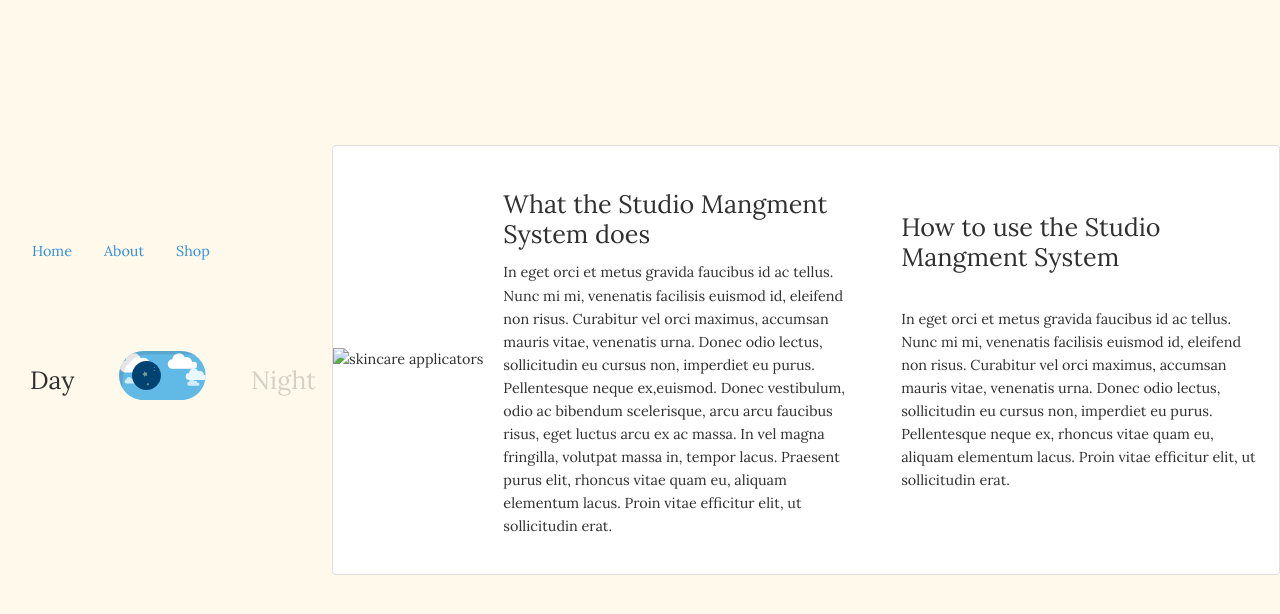
Repository: littae2/simplicite
Page: http://localhost/shop
These files come from the project's save history. The page is drawn as it stood at one moment and after the next save; the edit follows.
The browser window is 1280 px wide. The pictures show the whole page.
Some web libraries are served in a nearby version. The page is served by the project's Laravel application, run on PHP 8.4 with Laravel 8. Other server files are loaded and not shown.

Above is the page before, as saved 2021-08-13 15:29:34.
Console error: ReferenceError: gsap is not defined

### Project/routes/web.php
<?php

use Illuminate\Support\Facades\Route;

/*
|--------------------------------------------------------------------------
| Web Routes
|--------------------------------------------------------------------------
|
| Here is where you can register web routes for your application. These
| routes are loaded by the RouteServiceProvider within a group which
| contains the "web" middleware group. Now create something great!
|
*/

Route::get('/', function () {
    return view('home.index');
});

Route::get('/about', function () {
    return view('about.index');
});
Route::get('/shop', function () {
    return view('shop.index');
});

### Project/resources/views/shop/index.blade.php
@extends('layouts.layout')
@section('title', 'Welcome')
@section('content')
<div class="pageContent">

<!-- @if(Auth::check())
<div> you are logged in </div>
@else
<div> please login</div>
@endif -->

  <div class="card d-flex flex-row justify-content-between align-items-center w-90 home">
  <img src="{{url('img/product2.jpg')}}" alt="skincare applicators" class="headerImg">
    <div class="card-body w-25 ">

      <br>
      <h3 class="card-title">What the Studio Mangment System does</h3>

      <p>In eget orci et metus gravida faucibus id ac tellus. Nunc mi mi, venenatis facilisis euismod id, eleifend non risus.
        Curabitur vel orci maximus, accumsan mauris vitae, venenatis urna. Donec odio lectus, sollicitudin eu cursus non, imperdiet eu purus.
        Pellentesque neque ex,euismod. Donec vestibulum, odio ac bibendum scelerisque, arcu arcu faucibus risus, eget luctus arcu ex ac massa. In vel magna fringilla, volutpat massa in, tempor lacus.
        Praesent purus elit, rhoncus vitae quam eu, aliquam elementum lacus. Proin vitae efficitur elit, ut sollicitudin erat.</p>

    </div>
    <div class=" card-body w-25">

      <h3 class="card-title">How to use the Studio Mangment System</h3>
      <br>
      <p>In eget orci et metus gravida faucibus id ac tellus. Nunc mi mi, venenatis facilisis euismod id, eleifend non risus.
        Curabitur vel orci maximus, accumsan mauris vitae, venenatis urna. Donec odio lectus, sollicitudin eu cursus non, imperdiet eu purus.
        Pellentesque neque ex, rhoncus vitae quam eu, aliquam elementum lacus. Proin vitae efficitur elit, ut sollicitudin erat.</p>

    </div>

  </div>
</div>
@endsection

### Project/resources/views/layouts/layout.blade.php
<!--This is the Main layout page-->
<!DOCTYPE html>
<html lang="en">
<head>
    <meta charset="UTF-8">
        <!-- CSRF Token -->
    <meta name="csrf-token" content="mlxnBRgEB1AbPWkhP1fOm5sUhDzONcfLGmqMOlHY">
    <meta name="viewport" content="width=device-width, initial-scale=1.0">

    <script src="https://kit.fontawesome.com/b07d89ef49.js" crossorigin="anonymous"></script>

    <!--  JQUEURY-->
    <script src="https://code.jquery.com/jquery-3.1.0.min.js"></script>

    <!--  BS -->
    <link rel="stylesheet" href="{{asset('css/simplicite.css')}}">
    <link rel="stylesheet" href="{{asset('css/app.css')}}">

    <!--JS -->




</head>
<body>

  @include('layouts.navbar')

<!-- Fonts -->
<link href="https://fonts.googleapis.com/css?family=Nunito:200,600" rel="stylesheet">

@yield('content')
</body>
</html>

### Project/resources/views/layouts/navbar.blade.php
<!-- <div class= "nav">
      <a class="nav-link" href="{{url('/welcome')}}">Home</a>
      <a class="nav-link" href="{{url('/view-cohorts')}}">Cohort</a>
      <a class="nav-link" href="{{url('/students')}}">Students</a>
      <a class="nav-link" href="{{url('/upload')}}">Upload</a>
      <a class="nav-link" href="{{url('/enrolment')}}">Enrollment</a>
</div> -->
<script src="https://code.jquery.com/jquery-3.2.1.slim.min.js" integrity="sha384-KJ3o2DKtIkvYIK3UENzmM7KCkRr/rE9/Qpg6aAZGJwFDMVNA/GpGFF93hXpG5KkN" crossorigin="anonymous"></script>
<script src="https://cdnjs.cloudflare.com/ajax/libs/popper.js/1.12.9/umd/popper.min.js" integrity="sha384-ApNbgh9B+Y1QKtv3Rn7W3mgPxhU9K/ScQsAP7hUibX39j7fakFPskvXusvfa0b4Q" crossorigin="anonymous"></script>
<script src="https://maxcdn.bootstrapcdn.com/bootstrap/4.0.0/js/bootstrap.min.js" integrity="sha384-JZR6Spejh4U02d8jOt6vLEHfe/JQGiRRSQQxSfFWpi1MquVdAyjUar5+76PVCmYl" crossorigin="anonymous"></script>


<div class="nav">
  <div class="col-md-12 school-options-dropdown text-center nav-link">

    <div class="nav">
      <a class="nav-link" href="{{url('/')}}">Home</a>
      <a class="nav-link" href="{{url('/about')}}">About</a>
      <a class="nav-link" href="{{url('/shop')}}">Shop</a>
<a>@include('inc.daynight')</a>


    </div>
  </div>
</div>
</div>

### Project/resources/views/inc/daynight.blade.php

<div class="layout">
    <div class="day-label">Day</div>

    <label class="container">
        <input id="input" type="checkbox" checked="checked">
        <span class="checkmark">


            <svg id="toggle" xmlns="http://www.w3.org/2000/svg" viewBox="0 0 60 34" width="60" height="34">
                <defs>


                    <clipPath id="container">
                        <rect width="60" height="34" rx="17" />
                    </clipPath>
                    <g id="day">
                        <rect x="0" width="60" height="34" style="fill: #61b9e5" />
                        <g id="day-content">
                            <g class="clouds-small">
                                <path d="M13.35,22.45a1,1,0,0,0-.44.1A1.62,1.62,0,0,0,11.29,21a1.67,1.67,0,0,0-.59.11,1.84,1.84,0,0,0-3.55.61h0a1.38,1.38,0,0,0,0,2.75h6.21a1,1,0,1,0,0-2Z" transform="translate(-2 -2)" style="fill: #d0edff" />
                                <path d="M27.38,23.72a1.05,1.05,0,0,0-.44.1,1.63,1.63,0,0,0-2.21-1.41,1.84,1.84,0,0,0-3.56.61h0a1.38,1.38,0,1,0,0,2.75h6.21a1,1,0,0,0,0-2.05Z" transform="translate(-2 -2)" style="fill: #d0edff" />
                                <path d="M56.7,24a1,1,0,0,0-.44.1,1.63,1.63,0,0,0-2.21-1.42,1.85,1.85,0,0,0-3.56.61h0a1.38,1.38,0,0,0,0,2.75H56.7a1,1,0,0,0,0-2Z" transform="translate(-2 -2)" style="fill: #d0edff" />
                                <path d="M84.35,22.45a1,1,0,0,0-.44.1A1.62,1.62,0,0,0,82.29,21a1.67,1.67,0,0,0-.59.11,1.84,1.84,0,0,0-3.55.61h0a1.38,1.38,0,0,0,0,2.75h6.21a1,1,0,1,0,0-2Z" transform="translate(-2 -2)" style="fill: #d0edff" />
                                <path d="M98.38,23.72a1.05,1.05,0,0,0-.44.1,1.63,1.63,0,0,0-2.21-1.41,1.84,1.84,0,0,0-3.56.61h0a1.38,1.38,0,1,0,0,2.75h6.21a1,1,0,0,0,0-2.05Z" transform="translate(-2 -2)" style="fill: #d0edff" />
                                <path d="M127.7,24a1,1,0,0,0-.44.1,1.63,1.63,0,0,0-2.21-1.42,1.85,1.85,0,0,0-3.56.61h0a1.38,1.38,0,0,0,0,2.75h6.21a1,1,0,0,0,0-2Z" transform="translate(-2 -2)" style="fill: #d0edff" />
                            </g>
                            <g class="clouds-medium">
                                <path d="M61.44,18.4a1.85,1.85,0,0,0-.77.18,2.85,2.85,0,0,0-2.85-2.68,3,3,0,0,0-1,.19,3.25,3.25,0,0,0-6.26,1.07h0a2.42,2.42,0,0,0,0,4.84H61.44a1.8,1.8,0,1,0,0-3.6Z" transform="translate(-2 -2)" style="fill: #e9f8ff" />
                                <path d="M26,17.07a1.84,1.84,0,0,0-.77.17,2.86,2.86,0,0,0-2.85-2.68,2.75,2.75,0,0,0-1,.2,3.24,3.24,0,0,0-6.26,1.07h0a2.42,2.42,0,1,0,0,4.84H26a1.8,1.8,0,0,0,0-3.6Z" transform="translate(-2 -2)" style="fill: #e9f8ff" />
                                <path d="M126.44,18.4a1.85,1.85,0,0,0-.77.18,2.85,2.85,0,0,0-2.85-2.68,3,3,0,0,0-1,.19,3.25,3.25,0,0,0-6.26,1.07h0a2.42,2.42,0,0,0,0,4.84h10.92a1.8,1.8,0,1,0,0-3.6Z" transform="translate(-2 -2)" style="fill: #e9f8ff" />
                                <path d="M91,17.07a1.84,1.84,0,0,0-.77.17,2.86,2.86,0,0,0-2.85-2.68,2.75,2.75,0,0,0-1,.2,3.24,3.24,0,0,0-6.26,1.07h0a2.42,2.42,0,0,0,0,4.84H91a1.8,1.8,0,0,0,0-3.6Z" transform="translate(-2 -2)" style="fill: #e9f8ff" />
                            </g>
                            <g class="clouds-big">
                                <path d="M24.82,10.83a3.09,3.09,0,0,0-1.29.29A4.78,4.78,0,0,0,17,7,5.43,5.43,0,0,0,6.54,8.76h0a4,4,0,1,0,0,8.09H24.82a3,3,0,0,0,0-6Z" transform="translate(-2 -2)" style="fill: #fff" />
                                <path d="M53.6,9.45a2.37,2.37,0,0,0-1,.24,3.86,3.86,0,0,0-3.84-3.61,4.09,4.09,0,0,0-1.4.26,4.36,4.36,0,0,0-8.41,1.45h0a3.25,3.25,0,0,0,0,6.5H53.6a2.42,2.42,0,1,0,0-4.84Z" transform="translate(-2 -2)" style="fill: #fff" />
                                <path d="M98.72,10.83a3.09,3.09,0,0,0-1.29.29A4.78,4.78,0,0,0,90.91,7a5.43,5.43,0,0,0-10.47,1.8h0a4,4,0,1,0,0,8.09H98.72a3,3,0,1,0,0-6Z" transform="translate(-2 -2)" style="fill: #fff" />
                                <path d="M127.5,9.45a2.41,2.41,0,0,0-1,.24,3.85,3.85,0,0,0-3.84-3.61,4.09,4.09,0,0,0-1.4.26,4.36,4.36,0,0,0-8.41,1.45h0a3.25,3.25,0,0,0,0,6.5h14.7a2.42,2.42,0,0,0,0-4.84Z" transform="translate(-2 -2)" style="fill: #fff" />
                            </g>

                        </g>
                    </g>
                    <g id="night">
                        <rect width="60" height="34" style="fill: #004373" />

                        <g id="night-content">
                            <polygon class="star" points="46 4.89 46.62 6.14 48.01 6.35 47.01 7.33 47.24 8.71 46 8.06 44.76 8.71 44.99 7.33 43.99 6.35 45.38 6.14 46 4.89" style="fill: #fff5a6" />
                            <polygon class="star" points="58.58 21.93 59.46 23.02 60.86 22.91 60.1 24.09 60.63 25.39 59.28 25.02 58.21 25.94 58.14 24.54 56.94 23.8 58.25 23.3 58.58 21.93" style="fill: #fff5a6" />
                            <polygon class="star" points="40.71 12.02 40.82 13.42 42.03 14.13 40.74 14.66 40.44 16.04 39.53 14.97 38.13 15.11 38.87 13.91 38.3 12.63 39.67 12.96 40.71 12.02" style="fill: #fff5a6" />
                            <polygon class="star" points="5 16.89 5.62 18.14 7.01 18.35 6 19.33 6.24 20.71 5 20.06 3.76 20.71 4 19.33 2.99 18.35 4.38 18.14 5 16.89" style="fill: #fff5a6" />
                            <polygon class="star" points="60.57 6.97 60.79 8.36 62.05 8.97 60.8 9.6 60.61 10.99 59.62 10 58.24 10.25 58.88 9 58.22 7.76 59.6 7.99 60.57 6.97" style="fill: #fff5a6" />
                            <polygon class="star" points="30.91 26.12 30.86 27.52 31.98 28.36 30.63 28.74 30.18 30.07 29.4 28.91 28 28.89 28.86 27.78 28.45 26.44 29.77 26.93 30.91 26.12" style="fill: #fff5a6" />
                            <polygon class="star" points="17.52 13.95 18.44 15.01 19.83 14.86 19.11 16.06 19.68 17.34 18.32 17.02 17.28 17.96 17.16 16.56 15.94 15.87 17.23 15.32 17.52 13.95" style="fill: #fff5a6" />
                            <polygon class="star" points="60.53 16.01 61.11 16.41 61.76 16.15 61.56 16.83 62 17.37 61.3 17.39 60.92 17.98 60.69 17.32 60.01 17.14 60.56 16.71 60.53 16.01" style="fill: #fff5a6" />
                            <polygon class="star" points="41.99 21.89 42.31 22.52 43 22.62 42.5 23.11 42.62 23.8 41.99 23.47 41.37 23.8 41.49 23.11 40.99 22.62 41.69 22.52 41.99 21.89" style="fill: #fff5a6" />
                            <polygon class="star" points="63.47 26.02 63.43 26.72 63.98 27.15 63.3 27.32 63.05 27.98 62.68 27.39 61.98 27.36 62.43 26.82 62.24 26.14 62.89 26.4 63.47 26.02" style="fill: #fff5a6" />
                            <polygon class="star" points="36.99 9.89 37.31 10.52 38 10.62 37.5 11.11 37.62 11.8 36.99 11.47 36.37 11.8 36.49 11.11 35.99 10.62 36.69 10.52 36.99 9.89" style="fill: #fff5a6" />
                            <polygon class="star" points="28.5 4.89 28.65 5.2 29 5.25 28.75 5.5 28.81 5.85 28.5 5.68 28.18 5.85 28.24 5.5 27.99 5.25 28.34 5.2 28.5 4.89" style="fill: #fff5a6" />
                            <polygon class="star" points="28.5 12.89 28.65 13.2 29 13.25 28.75 13.5 28.81 13.85 28.5 13.68 28.18 13.85 28.24 13.5 27.99 13.25 28.34 13.2 28.5 12.89" style="fill: #fff5a6" />
                            <polygon class="star" points="47.75 22.96 47.72 23.31 47.98 23.54 47.64 23.61 47.5 23.94 47.32 23.63 46.97 23.6 47.21 23.34 47.13 23 47.45 23.14 47.75 22.96" style="fill: #fff5a6" />
                            <polygon class="star" points="51.75 31.96 51.72 32.31 51.98 32.54 51.64 32.62 51.5 32.94 51.32 32.63 50.97 32.6 51.21 32.34 51.13 32 51.45 32.15 51.75 31.96" style="fill: #fff5a6" />
                            <polygon class="star" points="44.69 29.93 44.7 30.28 45 30.47 44.67 30.59 44.58 30.93 44.37 30.66 44.01 30.68 44.21 30.38 44.08 30.06 44.42 30.15 44.69 29.93" style="fill: #fff5a6" />
                            <polygon class="star" points="24.32 10.92 24.58 11.16 24.92 11.07 24.78 11.4 24.96 11.7 24.61 11.66 24.39 11.93 24.31 11.58 23.98 11.45 24.29 11.27 24.32 10.92" style="fill: #fff5a6" />
                            <polygon class="star" points="24.94 13.18 24.71 13.45 24.79 13.79 24.47 13.65 24.17 13.84 24.2 13.49 23.93 13.26 24.27 13.19 24.41 12.86 24.59 13.16 24.94 13.18" style="fill: #fff5a6" />
                            <polygon class="star" points="32 19.89 32.31 20.52 33 20.62 32.5 21.11 32.62 21.8 32 21.47 31.37 21.8 31.49 21.11 30.99 20.62 31.68 20.52 32 19.89" style="fill: #fff5a6" />
                            <polygon class="star" points="19.61 21.97 20.15 22.42 20.82 22.23 20.56 22.88 20.95 23.46 20.25 23.42 19.82 23.97 19.64 23.29 18.98 23.04 19.58 22.67 19.61 21.97" style="fill: #fff5a6" />
                            <polygon class="star" points="9.51 8.04 9.43 8.74 9.96 9.2 9.28 9.34 9 9.98 8.65 9.37 7.96 9.31 8.43 8.79 8.27 8.11 8.91 8.4 9.51 8.04" style="fill: #fff5a6" />
                        </g>
                    </g>
                    <clipPath id="switch">
                        <circle id="circle" cx="19" cy="17" r="10" />
                    </clipPath>
                </defs>

                <g clip-path="url(#container)">
                    <use id="back" href="#day" />
                    <g clip-path="url(#switch)">
                        <use id="front" href="#night" />
                    </g>
                    <rect class="inner-shadow" width="70" height="44" rx="20" />
                </g>

                <rect width="60" height="44" rx="17" opacity="0" />

            </svg>
        </span>
    </label>
    <div class="night-label">Night</div>
</div>
<script>
    console.clear();

    let duration = 0.4;
    let isDay = true;


    let back = document.getElementById('back');
    let front = document.getElementById('front');

    let switchTime = () => {

        back.setAttribute('href', '#' + (isDay ? 'day' : 'night'));
        front.setAttribute('href', '#' + (isDay ? 'night' : 'day'));
    }
    let scale = 30;
    let toNightAnimation = gsap.timeline();

    toNightAnimation
        .to('#night-content', {
            duration: duration * 0.5,
            opacity: 1,
            ease: 'power2.inOut',
            x: 0
        })
        .to('#circle', {
            duration: duration,
            ease: 'power4.in',
            scaleX: scale,
            scaleY: scale,
            x: 1,
            transformOrigin: '100% 50%',
        }, 0)
        .to('.day-label', {
            duration: duration * 2,
            ease: 'power2.inOut',
            opacity: 0.2
        }, 0)
        .to('.night-label', {
            duration: duration * 2,
            ease: 'power2.inOut',
            opacity: 1
        }, 0)
        .set('#circle', {
            // transformOrigin: '0% 50%',
            scaleX: -scale,
            // x: 8.5,
            onUpdate: () => switchTime()
        }, duration).to('#circle', {
            duration: duration,
            ease: 'power4.out',
            scaleX: -1,
            scaleY: 1,
            x: 2,
        }, duration)
        .to('#day-content', {
            duration: duration * 0.5,
            opacity: 0.5
        }, duration * 1.5)
        .to('body', {
            backgroundColor: '#b0b0b9',
            color: 'black',
            duration: duration * 2
        }, 0)

    let stars = Array.from(document.getElementsByClassName('star'));
    stars.map(star => gsap.to(star, {
        duration: 'random(0.4, 1.5)',
        repeat: -1,
        yoyo: true,
        opacity: 'random(0.2, 0.5)'
    }))
    gsap.to('.clouds-big', {
        duration: 15,
        repeat: -1,
        x: -74,
        ease: 'linear'
    })
    gsap.to('.clouds-medium', {
        duration: 20,
        repeat: -1,
        x: -65,
        ease: 'linear'
    })
    gsap.to('.clouds-small', {
        duration: 25,
        repeat: -1,
        x: -71,
        ease: 'linear'
    })

    let switchToggle = document.getElementById('input');
    switchToggle.addEventListener('change', () => toggle())

    let toggle = () => {
        isDay = switchToggle.checked == true;
        if (isDay) {
            toNightAnimation.reverse();
        } else {
            toNightAnimation.play();
        }
    }



    if (CodePen.isThumbnail) toggle();

    toNightAnimation.reverse();
    toNightAnimation.pause();
</script>
<style>
    @import url('https://fonts.googleapis.com/css?family=Lora&display=swap');

    body,
    html {
        margin: 0;
        padding: 0;
        width: 100%;
        height: 100%;
        overflow: hidden;
        font-family: 'Lora', serif;
        color: #303030;
    }

    .night-label {
        opacity: 0.2;
    }

    body {
        display: flex;
        align-items: center;
        justify-content: center;
        background-color: #FEF9EA;
    }

    .layout {
        width: 70vw;
        max-width: 300px;
        min-width: 250px;
        height: 30vh;
        display: grid;
        grid-template-columns: 1fr 2fr 1fr;
        justify-content: center;
        align-items: center;
        gap: 30px;
        font-size: 25px;
    }

    .layout:nth-child(1) {
        text-align: right;
    }

    svg {
        width: 100%;
        height: 100%;
        cursor: pointer;
    }

    #night-content {
        opacity: 0.5;
    }

    .inner-shadow {
        stroke-opacity: 0.1;
        stroke-width: 5;
        stroke: black;
        fill: none;
    }

    .container input {
        position: absolute;
        opacity: 0;
        cursor: pointer;
        height: 0;
        width: 0;
    }
</style>

### Project/public/css/simplicite.css

@keyframes example {
    from {opacity: 100%;}
    to {opacity:0%;}
  }

.headerImg {
    width: -moz-available;
    background-position-y: 80%;
    display: flex;
    background-size: cover; /* or contain depending on what you want */
    background-repeat: no-repeat;
    text-align: center;
    margin: auto;
    padding: 0;
}
.headerImg:scroll{
    animation-name: example;
    animation-duration: 4s;
}

Loaded but not shown: Project/public/css/app.css (library)

After the next save:
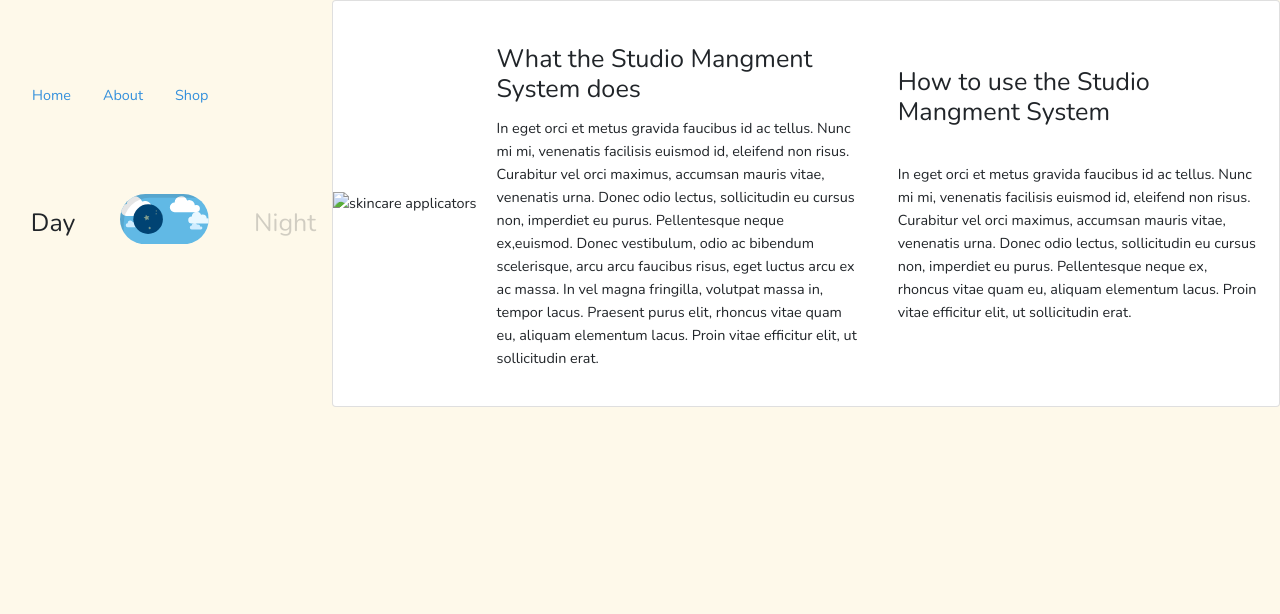
Saved 42 s later.
--- a/Project/resources/views/inc/daynight.blade.php
+++ b/Project/resources/views/inc/daynight.blade.php
@@ -200,16 +200,6 @@
 <style>
     @import url('https://fonts.googleapis.com/css?family=Lora&display=swap');
 
-    body,
-    html {
-        margin: 0;
-        padding: 0;
-        width: 100%;
-        height: 100%;
-        overflow: hidden;
-        font-family: 'Lora', serif;
-        color: #303030;
-    }
 
     .night-label {
         opacity: 0.2;

After the save that followed:
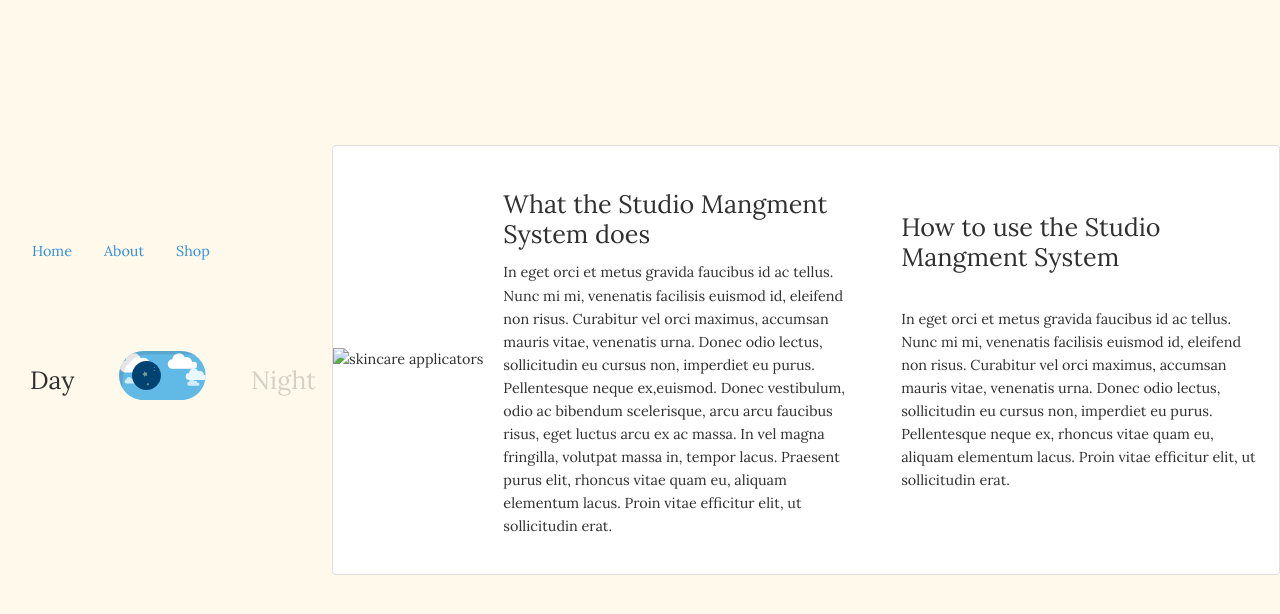
Saved 5 s later.
--- a/Project/resources/views/inc/daynight.blade.php
+++ b/Project/resources/views/inc/daynight.blade.php
@@ -200,6 +200,16 @@
 <style>
     @import url('https://fonts.googleapis.com/css?family=Lora&display=swap');
 
+    body,
+    html {
+        margin: 0;
+        padding: 0;
+        width: 100%;
+        height: 100%;
+        overflow: hidden;
+        font-family: 'Lora', serif;
+        color: #303030;
+    }
 
     .night-label {
         opacity: 0.2;
